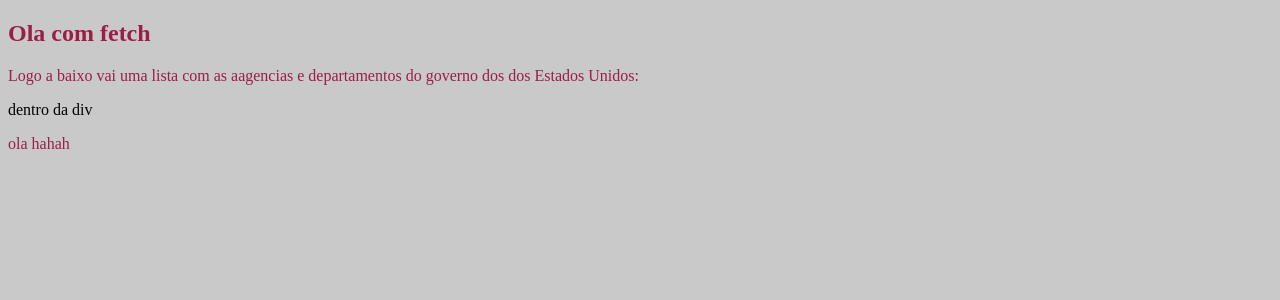
Repository: gustavo-eng/usaJobs
Page: index.html
An editor plug-in stored every save of this project. The page is shown before and after the next save, followed by the edit.
The browser window is 1280 px wide. The pictures show the whole page.
The page's requests for data from a server got no answer.

Above is the page before, as saved 2023-01-08 16:30:35.

### index.html
<!DOCTYPE html>
<html lang="en">
<head>
    <meta charset="UTF-8">
    <meta http-equiv="X-UA-Compatible" content="IE=edge">
    <meta name="viewport" content="width=device-width, initial-scale=1.0">
    <link rel="stylesheet" href="./index.css">
    <title>FrontEnd</title>
</head>
<body>
    <h2>Ola com fetch</h2>
    <p>Logo a baixo vai uma lista com as aagencias e departamentos do governo dos
        dos Estados Unidos:
    </p>
    <div>

    </div>
    <script>
        let a = []
        fetch('https://data.usajobs.gov/api/codelist/agencysubelements')
            .then(res => res.json())
            .then((dados) =>  {
                const a = dados.CodeList[0].ValidValue
                return console.log(dados.CodeList[0].ValidValue)
            })




        document.querySelector('div').innerHTML = 'dentro da div '
        const paragrafo = document.createElement("p")
        paragrafo.innerText = 'ola hahah'
        document.body.appendChild(paragrafo)






    </script>
</body>
</html>

### index.css
h2, p  {
    color: rgb(154, 30, 69);
}

body {
    background-color: rgb(201, 201, 201);
}

After the next save:
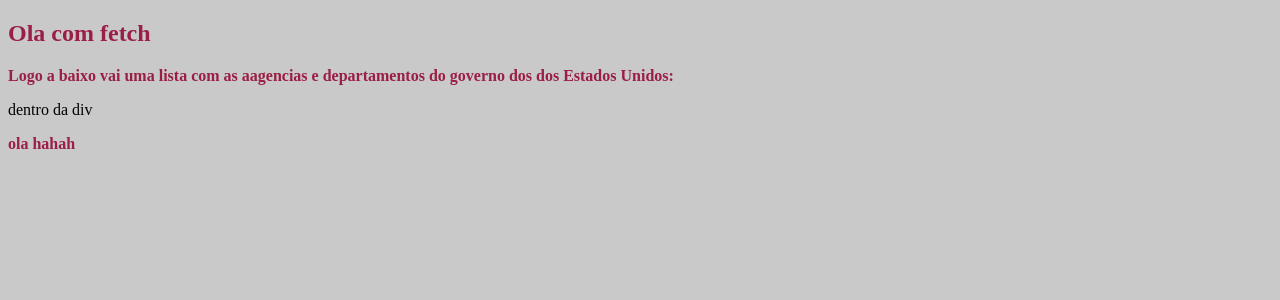
Saved 13 s later.
--- a/index.css
+++ b/index.css
@@ -1,5 +1,6 @@
 h2, p  {
     color: rgb(154, 30, 69);
+    font-weight: 900;
 }
 
 body {
